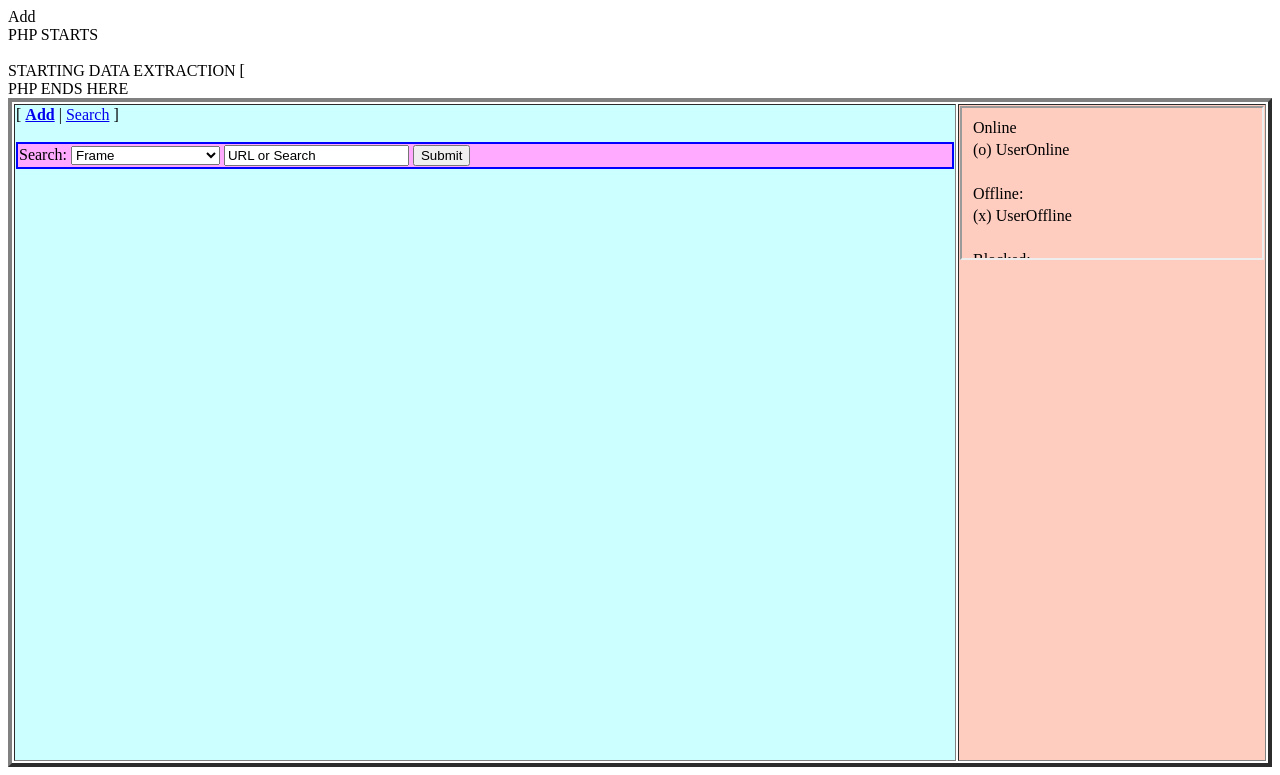
Repository: nevinleiby/SwapRC
Page: http://localhost/add_interface.php
An editor plug-in stored every save of this project. The page is shown before and after the next save, followed by the edit.
The browser window is 1280 px wide. The pictures show the whole page.
The page is run by PHP 8.4 with error messages shown; the project is at /var/www/html/. Queries for data that is not in the repository find no rows.

Above is the page before, as saved 2019-09-09 01:26:42.

### add_interface.php
<html>
    <title>
        SwapRC:Add
    </title>
    <body>
            Add
            <br>
            PHP STARTS
            <?php
                require_once 'login_cobalt.php';
                $connection = new mysqli($hn, $un, $pw, $db);
                if ($connection->connect_error) die ("Fatal Error");

                // Select the table
                $table_name = 'Receiver';

                $query = "SELECT * FROM $table_name";
                $result = $connection->query($query);

                if (! $result) die ("Fatal Error");
                $rows = $result->num_rows;
                //echo "((($row)))<br>";


                echo "<br><br>STARTING DATA EXTRACTION [<br>";
                // Step through each result:
                //for ($j = 0; $j < $rows ; ++$j)
                //{
                //   $result->data_seek($j);
                //    //echo .htmlspecialchars ($result->fetch_assoc()['test']) . '<br>';
                //    echo "((" . htmlspecialchars($result->fetch_assoc()['frequency']) . '))<br>';
                //    $result->data_seek($j);
                //    echo "((" . htmlspecialchars($result->fetch_assoc()['number_of_channels']) . '))<br>';
                //}
                //echo "]ENDED EXTRACTION<br>";

                // Step through each result:
                for ($j = 0; $j < $rows ; ++$j)
                {
                    $row = $result->fetch_array(MYSQLI_ASSOC);
                    echo "((" . htmlspecialchars($row['frequency']) . '))<br>';
                }



                $result->close();
                $connection->close();
            ?>
            PHP ENDS HERE

            <br>
            <table border=4 width=100% height=95%>
                <tr border=4 height=95%>
                    <td width = 80% border=2 bgcolor="#ccffff" valign=top height=95%>
                        [
                        <b><a href="./add_interface.html">Add</a></b> |
                        <a href="./search_interface.html">Search</a>
                        ]

                        <form>
                        <br>
                        <table width=100% height=95% bgcolor=blue>
                            <tr height=95% style="height:95%">
                                <td valign=top bgcolor="#ffaaff" style="height:95%">
                                    Search:
                                    <select name="category">
                                            <option value = "frame">Frame</option>
                                            <option value = "fc">Flight Controller</option>
                                            <option value = "esc">ESC</option>
                                            <option value = "motor">Motors</option>
                                            <option value = "propeller">Propeller</option>
                                            <option value = "fpv_camera">FPV Camera</option>
                                            <option value = "transmitter">Transmitter</option>
                                            <option value = "antenna">Antenna</option>
                                            <option value = "vtx">VTX</option>
                                            <option value = "receiver">Receiver</option>
                                            <option value = "battery">Battery</option>
                                            <option value = "pdb">PDB</option>
                                            <option value = "hardware">Hardware</option>
                                            <option value = "3d_print">3D Prints</option>
                                            <option value = "goggles">FPV Goggles</option>
                                            <option value = "video_monitors">FPV Video Monitors</option>
                                            <option value = "video_receivers">FPV Video Receivers</option>
                                            <option value = "swag">Swag</option>
                                    </select>
                                    <input type=text name="Name" value = "URL or Search" >
                                    <input type=submit name="submit">


                                </td>

                            </tr>
                        </table>
                        </form>

                    </td>
                    <td border=2 bgcolor="ffccccc" valign=top height=95%>
                        <frameset>
                            <iframe src="./frame_users.html">
                        </frameset>
                    </td>
                </tr>
            </table>
    </body>

</html>

### login_cobalt.php
<?php
    // login_cobalt.php
    $hn = 'localhost';
    $db = 'swaprc';
    $un = 'nevin';
    $pw = 'kdie4all';
?>

### frame_users.html
<html>
    <title>
        SwapRC : Users
    </title>
    <body>
        <table>
            <tr><td>Online</td></tr>
            <tr><td>(o) UserOnline</td></tr>

            <tr><td>&nbsp;</td></tr>
            <tr><td>Offline:</td></tr>
            <tr><td>(x) UserOffline</td></tr>

            <tr><td>&nbsp;</td></tr>
            <tr><td>Blocked:</td></tr>
            <tr><td>(b) UserBlocked</td></tr>

        </table>
    </body>
</html>

After the next save:
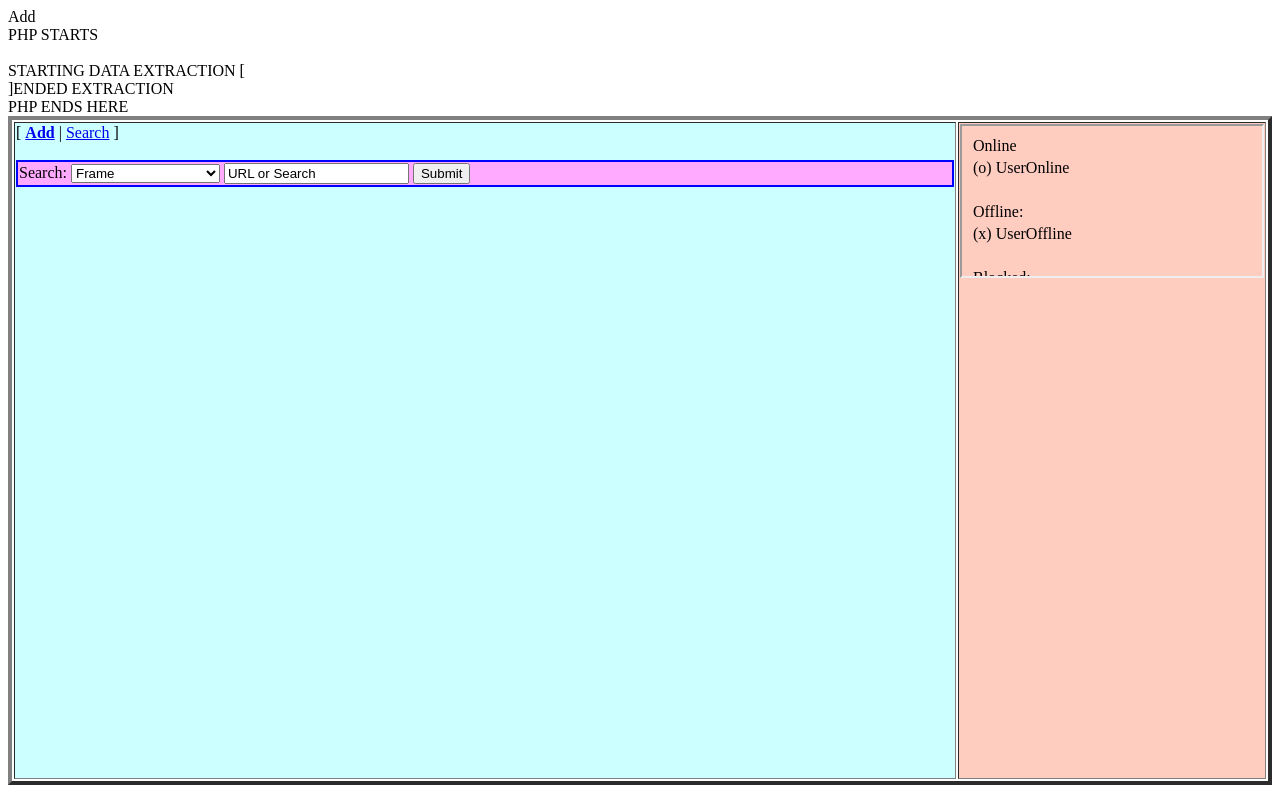
Saved 16 s later.
--- a/add_interface.php
+++ b/add_interface.php
@@ -32,7 +32,7 @@
                 //    $result->data_seek($j);
                 //    echo "((" . htmlspecialchars($result->fetch_assoc()['number_of_channels']) . '))<br>';
                 //}
-                //echo "]ENDED EXTRACTION<br>";
+
 
                 // Step through each result:
                 for ($j = 0; $j < $rows ; ++$j)
@@ -41,6 +41,7 @@
                     echo "((" . htmlspecialchars($row['frequency']) . '))<br>';
                 }
 
+                echo "]ENDED EXTRACTION<br>";
 
 
                 $result->close();
